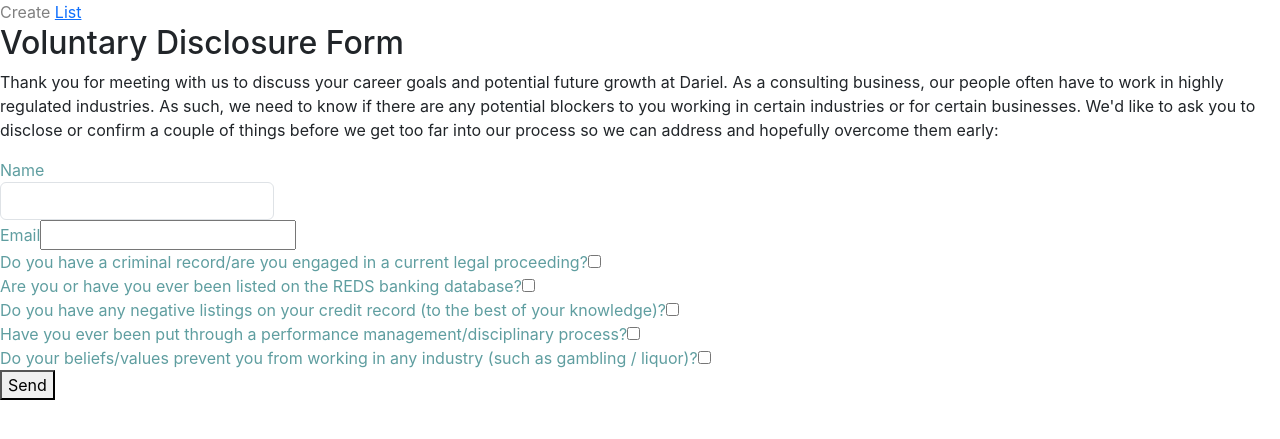
Repository: NtuthukoM/VoluntaryDisclosure
Page: / (app in disclosures-client/)
These files come from the project's save history. The page is drawn as it stood at one moment and after a run of saves; the edit follows.
The browser window is 1280 px wide. The pictures show the whole page.
The project was rebuilt for these pictures with package versions that can differ from the ones it lists, and the page was loaded fresh each time. Also part of the build but not shown: disclosures-client/src/pages/ListDisclosures.js, disclosures-client/src/pages/DisclosureDetails.js, disclosures-client/src/pages/DisclosureSubmitted.js.

Above is the page before, as saved 2023-05-30 20:34:37.

After the next 4 saves:
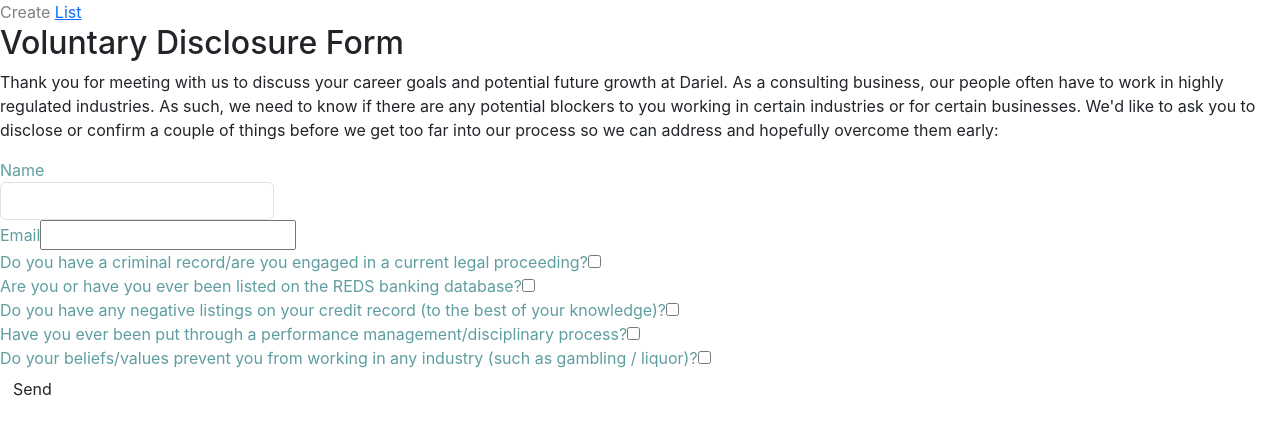
The 4 saves are shown as one change because they came seconds apart.
The last was saved 31 s later.
--- a/disclosures-client/src/pages/CreateDisclosure.js
+++ b/disclosures-client/src/pages/CreateDisclosure.js
@@ -111,7 +111,7 @@ export function CreateDisclosures(){
                 </label>
             </div>
             <div>
-                <button disabled={submitting}>Send</button>
+                <button className="btn btn-default" disabled={submitting}>Send</button>
             </div>
              </form>
         </>
